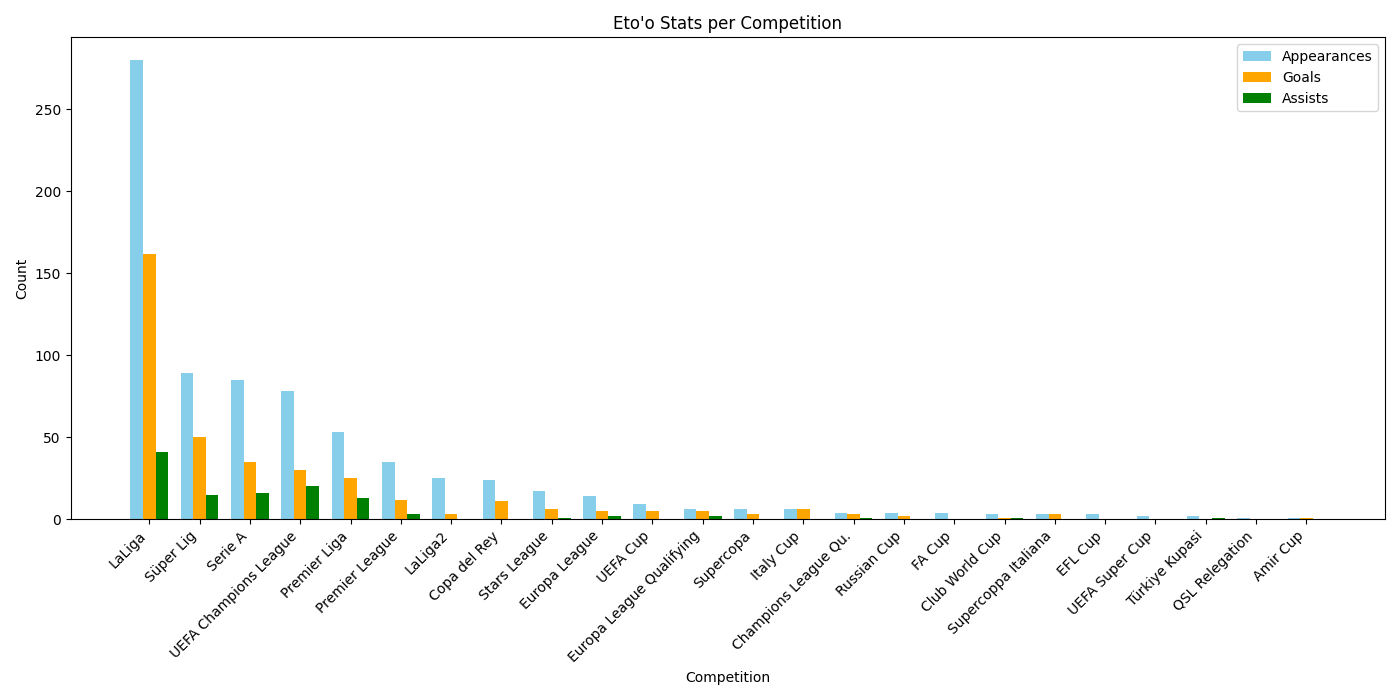
Repository: Bigballee/PlayerStat_visualiser
Script's output: python visualise_data.py
The author's editor kept a copy of each file at every save. The script's output is drawn from the files as they stood at one save, then again after a run of saves.
Random numbers start from a fixed seed.

Above is the script's output before, as saved 2025-05-28 22:50:04.

After the next 2 saves:
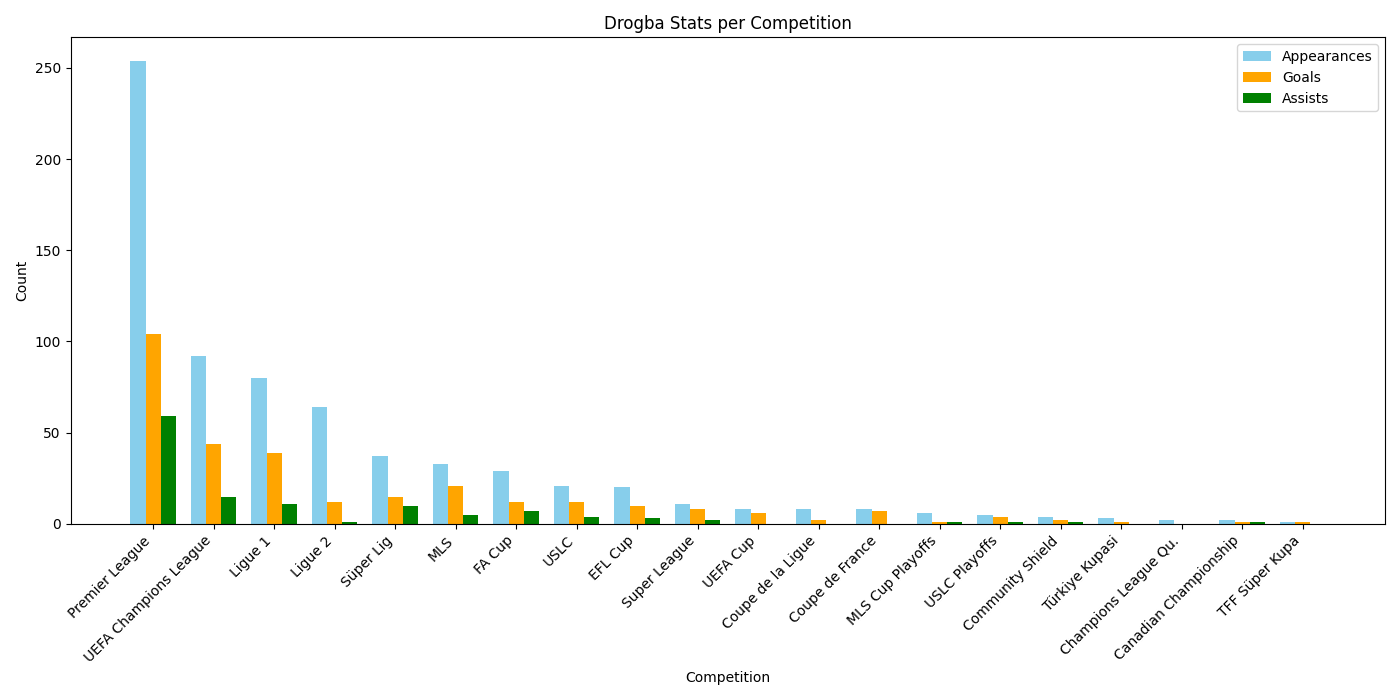
The 2 saves are shown as one change because 1 did not build or start.
The last was saved 2 min 26 s later.
--- a/visualise_data.py
+++ b/visualise_data.py
@@ -3,12 +3,12 @@ import matplotlib.pyplot as plt
 import pandas as pd
 import numpy as np
 
-def plot_etoo_stats():
-    # Load Eto'o stats data
-    with open("etoo_stats.json", "r") as f:
-        etoo_data = json.load(f)
+def plot_drogba_stats():
+    # Load Players stats data
+    with open("drogba_stats.json", "r") as f:
+        drogba_data = json.load(f)
 
-    df = pd.DataFrame(etoo_data)
+    df = pd.DataFrame(drogba_data)
 
     # Sort by appearances for clearer chart (optional)
     df = df.sort_values(by="Appearances", ascending=False)
@@ -22,7 +22,7 @@ def plot_etoo_stats():
     plt.bar(x, df['Goals'], width, label='Goals', color='orange')
     plt.bar(x + width, df['Assists'], width, label='Assists', color='green')
 
-    plt.title("Eto'o Stats per Competition")
+    plt.title("Drogba Stats per Competition")
     plt.xlabel("Competition")
     plt.ylabel("Count")
     plt.xticks(x, df['Competition'], rotation=45, ha='right')
@@ -30,9 +30,9 @@ def plot_etoo_stats():
     plt.tight_layout()
 
     # Save before showing
-    plt.savefig("etoo_stats_plot.png")
-    print("✅ Eto'o stats plot saved as etoo_stats_plot.png")
+    plt.savefig("Drogbas_stats_plot.png")
+    print("✅ Drogba stats plot saved as drogba_stats_plot.png")
 
     plt.show()
 
-plot_etoo_stats()
+plot_drogba_stats()
